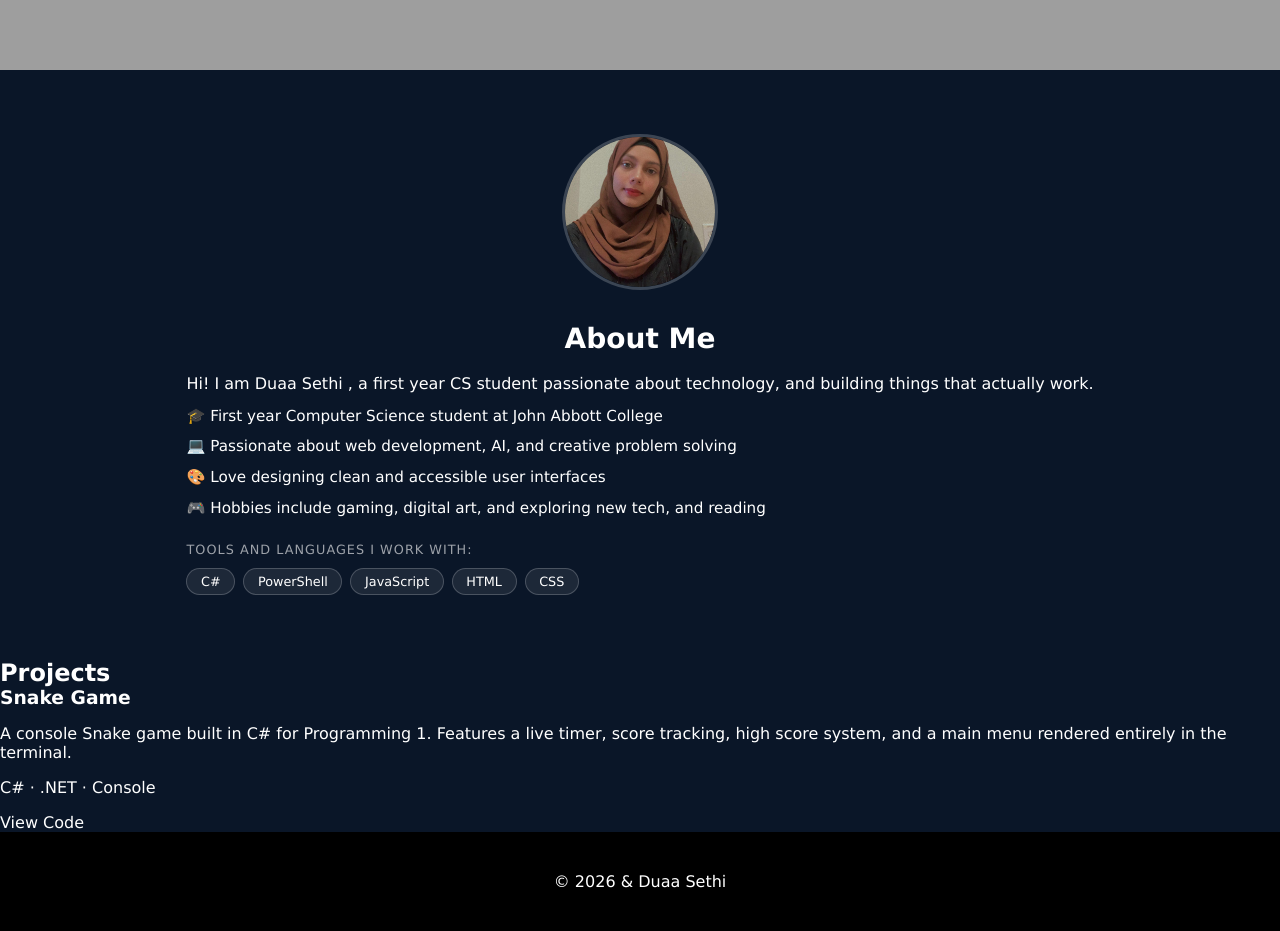
Repository: Duaa-Sethi/Duaa-Sethi
Page: index.html
An editor plug-in stored every save of this project. The page is shown before and after the next save, followed by the edit.
The browser window is 1280 px wide. The pictures show the part of the page from y = 765 to 1717 px (the page is 1696 px tall before and 1717 px after).
Pictures or frames that could not be fetched are drawn as grey boxes. Some web fonts or font styles are not loaded; a fallback is used.

Above is the page before, as saved 2026-05-02 15:12:09.

After the next save:
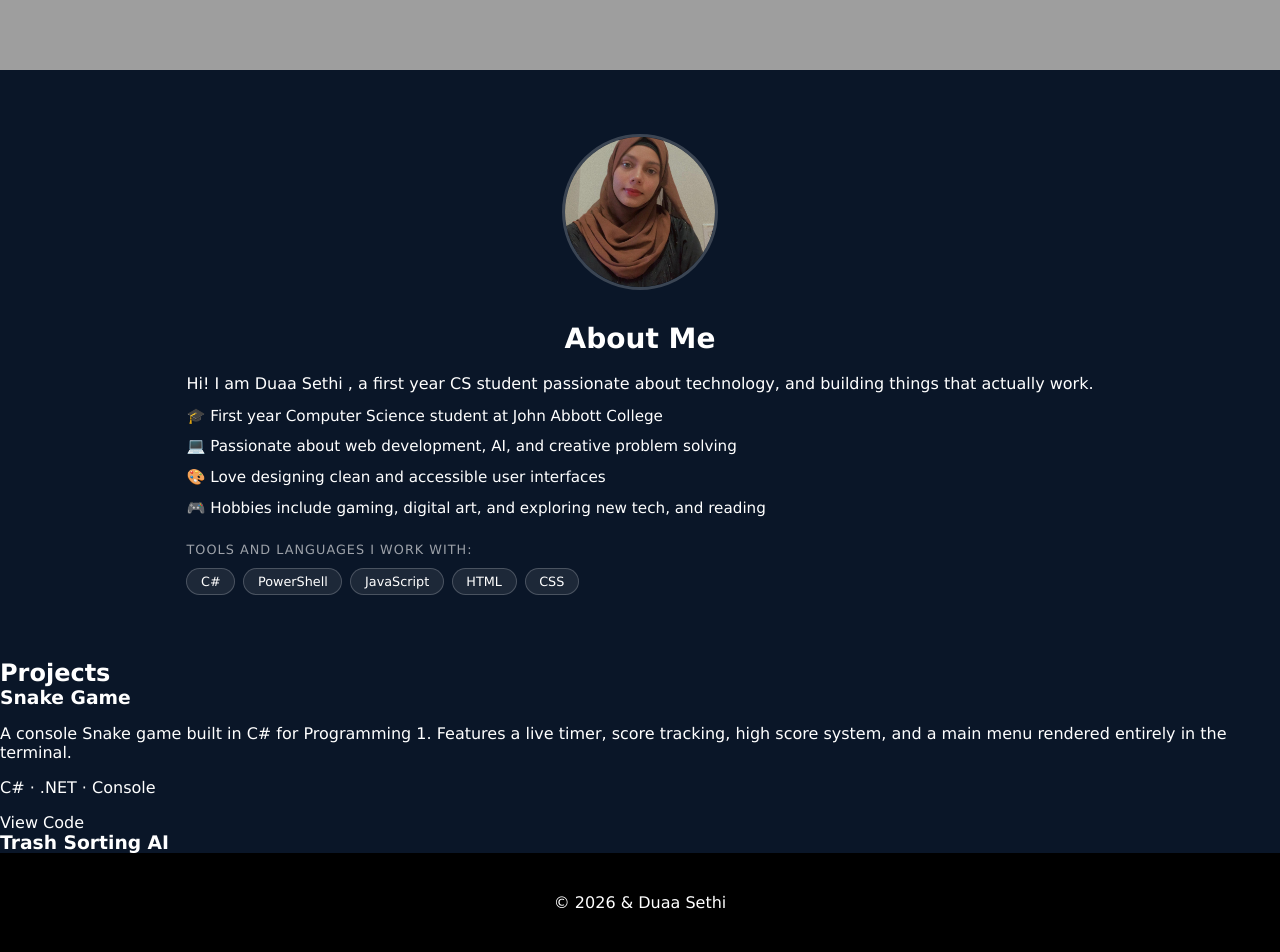
Saved 8 min 29 s later.
--- a/index.html
+++ b/index.html
@@ -78,6 +78,10 @@
             >View Code</a
           >
         </article>
+<article class="card">
+          <h3>Trash Sorting AI</h3>
+
+
       </div>
     </section>
 
